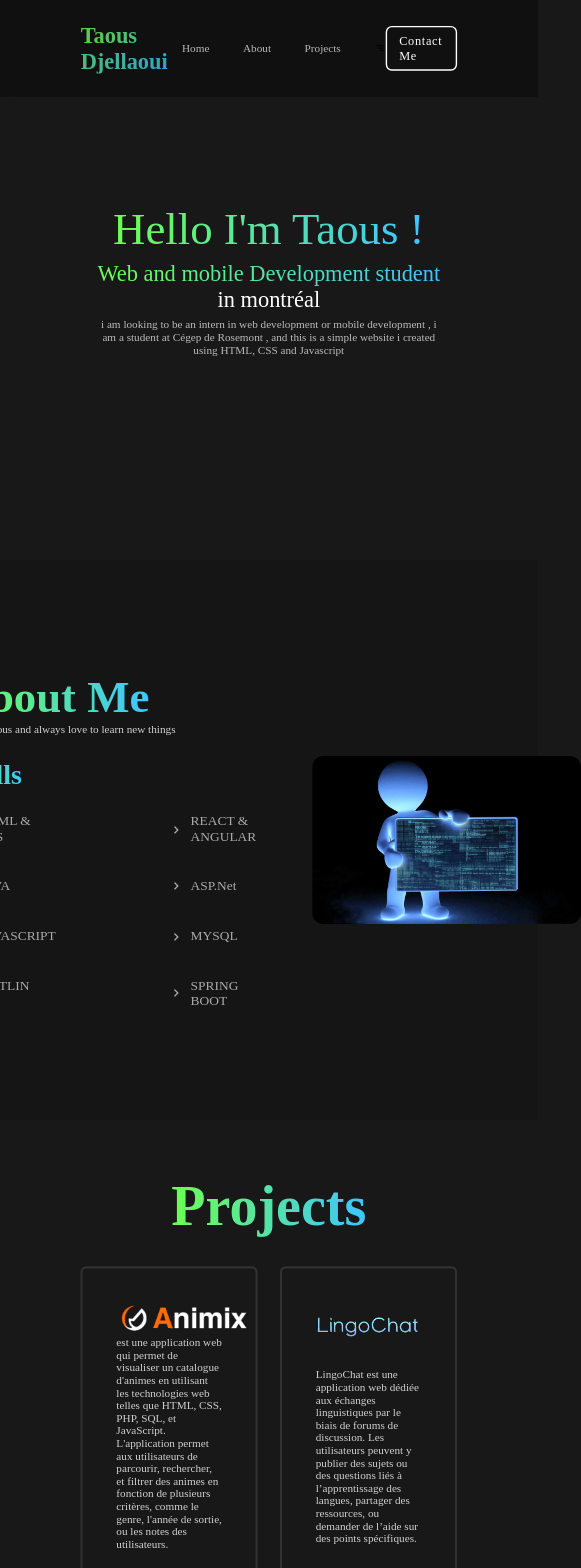
Repository: taousdjellaoui/portfolio-
Page: index.html
An editor plug-in stored every save of this project. The page is shown before and after the next save, followed by the edit.
The browser window is 768 px wide. The page is 830 px wide, then 768 px, so the pictures cover 830 px, including what lies to the right of the window. The pictures show the part of the page from y = 0 to 2240 px (the page is 3248 px tall before and 3619 px after), at 70% of full size.

Above is the page before, as saved 2024-10-25 14:11:35.

After the next save:
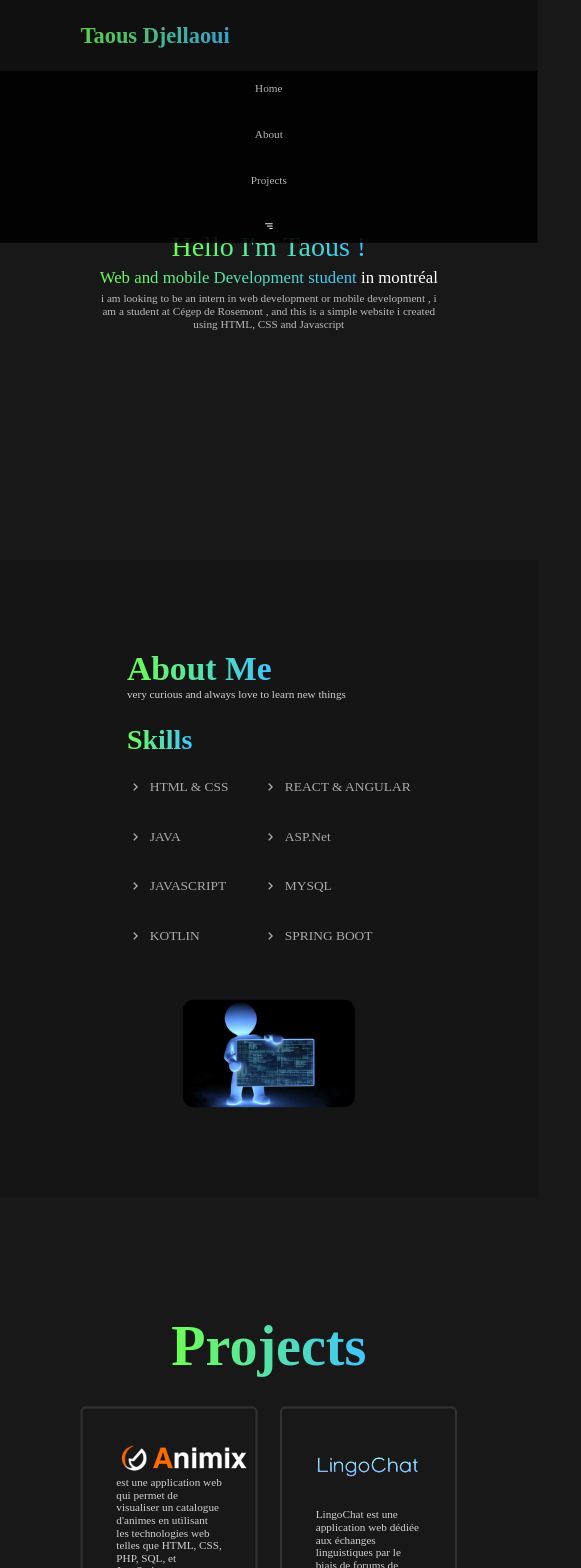
Saved 15 days later.
--- a/css/style.css
+++ b/css/style.css
@@ -291,3 +291,93 @@
 a {
   color: inherit;
 }
+@media(max-width:968px){
+  section{
+    padding: 8em 15%;
+  }
+  nav .btn{
+    display: none;
+
+  }
+  #menu {
+    display: block;
+  }
+  .links{
+    position: absolute;
+    top: 100%;
+    right:0;
+    width: 100%;
+    padding:1em 3em ;
+    color:white;
+    display: flex;
+    flex-direction: column;
+    text-align: center;
+    background:rgba(0,0,0,0.9)
+  }
+  .link a{
+    margin: 2em 0;
+    display: block;
+    font-size: 1.5em;
+    color:white;
+  }
+  .links.active{
+    display: block;
+  }
+  #home h1{
+    font-size: 4em;
+  }
+  #home h3{
+    font-size:3em;
+  }
+  #home img{
+    width : 24vw;
+  }
+  #about{
+    flex-direction:column;
+
+  }
+  #about img{
+    width : 32vw;
+
+  }
+  #about h1{
+    font-size :3em;
+  }
+  #about ul{
+    font-size: 1em;
+
+  }
+
+}
+@media(max-width:768px){
+  #home h1{
+    font-size: 2.5em;
+  }
+  #home h3{
+    font-size:1.5em;
+  }
+  #home img{
+    width : 32vw;
+  }
+  #about .skills{
+    gap:3em;
+  }
+  #services .header{
+    font-size: 3em;
+  }
+  #contact .header{
+    font-size: 3em;
+  }
+  #contact .input-box span{
+    font-size : 1.2em;
+  }
+  .input-box span{
+    padding : 0.5em 1em;
+  }
+  footer{
+    flex-direction: column;
+    gap : 5em;
+    align-items:baseline;
+  }
+
+}
